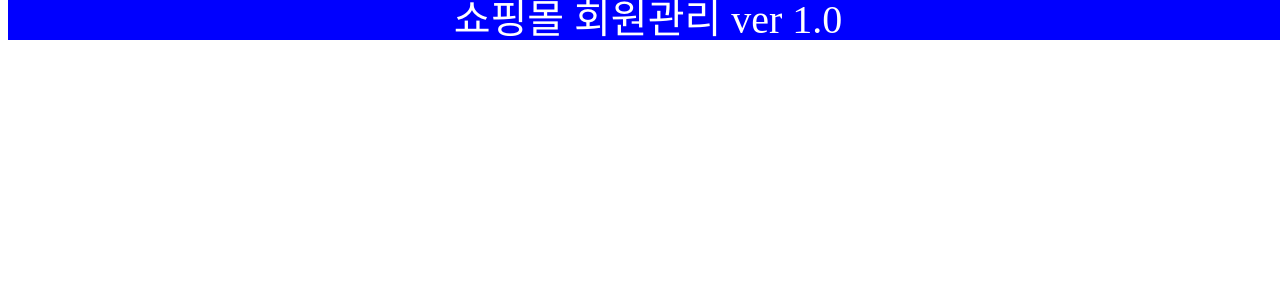
Repository: haileylee94/mini-project
Page: http://localhost/hrd/
These files come from the project's save history. The page is drawn as it stood at one moment and after the next save; the edit follows.
The browser window is 1280 px wide. The pictures show the whole page.
The page is served by Tomcat 9.

Above is the page before, as saved 2022-11-17 08:50:34.

After the next save:
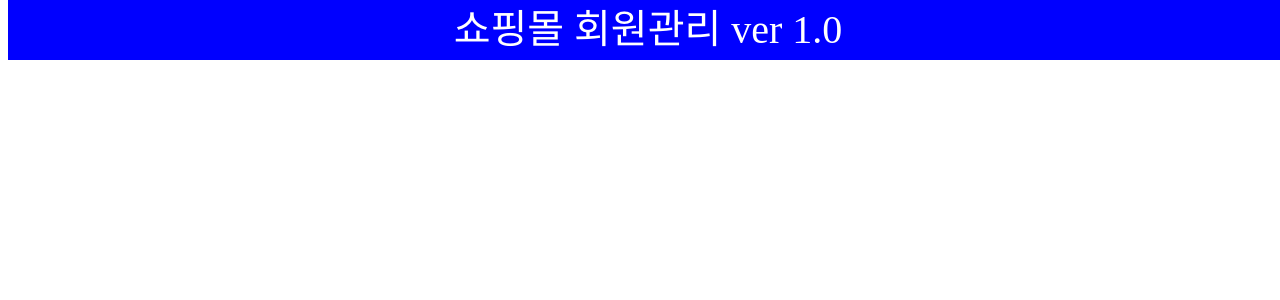
Saved 25 s later.
--- a/hrd/WebContent/index.jsp
+++ b/hrd/WebContent/index.jsp
@@ -10,11 +10,11 @@
 		position:fixed;
 		top:0px;
 		width:100%;
-		height: 40px;
+		height: 60px;
 		background-color: blue;
 		color: white;
 		text-align: center;
-		line-height: 40px;
+		line-height: 60px;
 		font-size: 40px;
 	}
 </style>
